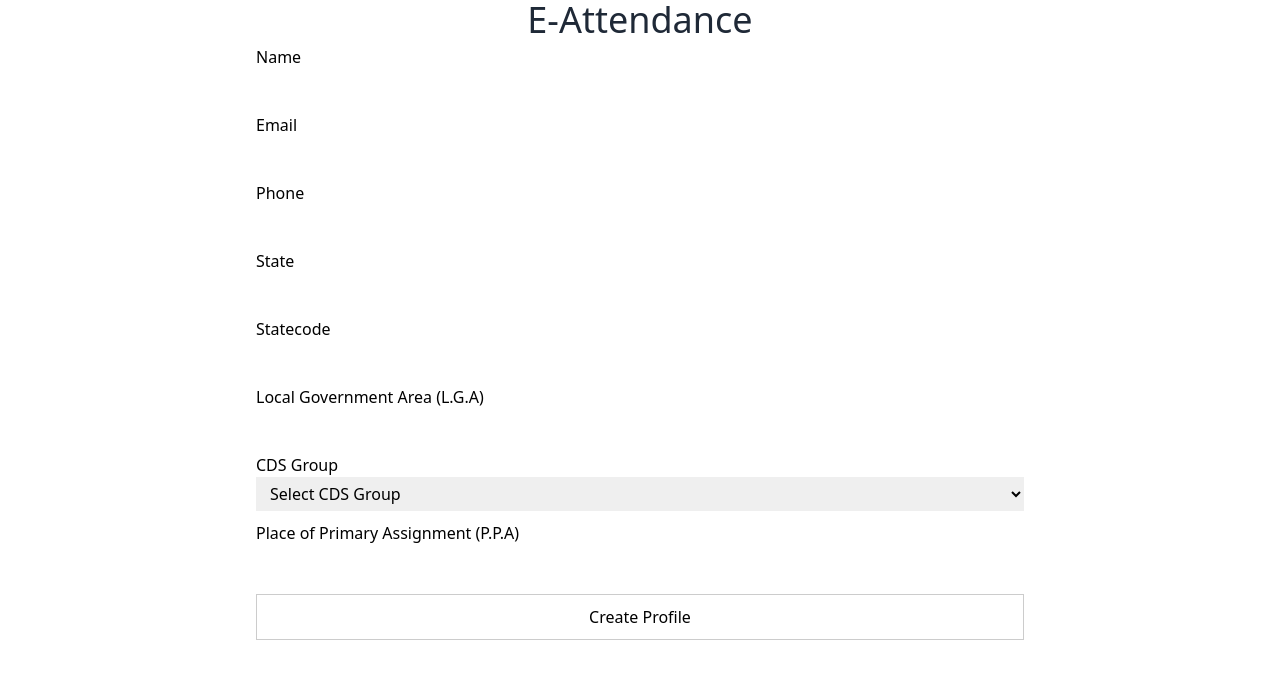
Repository: latenightsnacc/attendance-sheet
Page: / (app in docs/client/)
An editor plug-in stored every save of this project. The page is shown before and after the next save, followed by the edit.
The browser window is 1280 px wide. The pictures show the whole page.
The project was rebuilt for these pictures with package versions that can differ from the ones it lists, and the page was loaded fresh each time. Also part of the build but not shown: docs/client/src/List.js.

Above is the page before, as saved 2022-01-21 11:29:40.

### docs/client/src/index.js
import React from 'react';
import ReactDOM from 'react-dom';
import './index.css';
import App from './App';
import reportWebVitals from './reportWebVitals';
import { BrowserRouter as Router, Route, Routes} from 'react-router-dom';

import List from './List';


ReactDOM.render(
  <React.StrictMode>
    <Router>

      <Routes>
        <Route path="/" element={<App />} />
        <Route path="/list" element={<List />} />
      </Routes>
    </Router>
  </React.StrictMode>,
  document.getElementById('root')
);

// If you want to start measuring performance in your app, pass a function
// to log results (for example: reportWebVitals(console.log))
// or send to an analytics endpoint. Learn more: https://bit.ly/CRA-vitals
reportWebVitals();

### docs/client/src/App.js
import './App.css';
import {useState} from 'react';
import Axios from 'axios';

function App() {
  const [corper, setState] = useState({
    name: '',
    email: '',
    phone: '',
    state: '',
    statecode: '',
    cds: '',
    lga: '',
    ppa: ''
  });

  const getDetails = e => {
    setState({
      ...corper,
      [e.target.name]: e.target.value
    });
  }
  // const viewDetails = e => {
  //   e.preventDefault();
  //   console.log(corper)
  // }
  const createProfile = () => {
    try {
      Axios.post("http://localhost:3030/create", {
        name: corper.name,
        email: corper.email,
        phone: corper.phone,
        state: corper.state,
        statecode: corper.statecode,
        cds: corper.cds,
        lga: corper.lga,
        ppa: corper.ppa
      }).then(() => {
        console.log("Corper's E-Attendance Profile Created.")
      })
    } catch (e) {
      console.log(e);
    }

  }


  return (
    <div className="App">
      <h1 className='text-4xl text-gray-800'>E-Attendance</h1>
      <form onSubmit={createProfile} className="form">
          <div className="form-group">
            <label for="name">Name</label>
            <input
              type='text'
              name='name'
              id="name"
              value={corper.name}
              onChange={getDetails}
            />
          </div>
          <div className="form-group">
            <label for="email">Email</label>
            <input
              type='email'
              name='email'
              id="email"
              value={corper.email}
              onChange={getDetails}
            />
          </div>
          <div className="form-group">
            <label for="phone">Phone</label>
            <input
              type='tel'
              name='phone'
              id="phone"
              value={corper.phone}
              onChange={getDetails}
            />
          </div>
          <div className="form-group">
            <label for="state">State</label>
            <input
              type='text'
              name='state'
              id="state"
              value={corper.state}
              onChange={getDetails}
            />
          </div>
          <div className="form-group">
            <label for="statecode">Statecode</label>
            <input
              type='text'
              name='statecode'
              id="statecode"
              value={corper.statecode}
              onChange={getDetails}
            />
          </div>
          <div className="form-group">
            <label for="lga">Local Government Area (L.G.A)</label>
            <input
              type='text'
              name='lga'
              id="lga"
              value={corper.lga}
              onChange={getDetails}
            />
          </div>
          <div className="form-group">
            <label for="cds">CDS Group</label>
            <select
              type='text'
              name='cds'
              id="cds"
              value={corper.cds}
              onChange={getDetails}>
                <option selected>Select CDS Group</option>
                <option value="ICT">ICT</option>
                <option value="Band">Band</option>
                <option value="Red Cross">Red Cross</option>
                <option value="ICT">ICT</option>
            </select>
          </div>
          <div className="form-group">
            <label for="ppa">Place of Primary Assignment (P.P.A)</label>
            <input
              type='text'
              name='ppa'
              id="ppa"
              value={corper.ppa}
              onChange={getDetails}
            />
          </div>
          <button className='btn' type="submit" >Create Profile</button>


      </form>

    </div>
  );
}

export default App;

### docs/client/src/App.css
.App {
  display: flex;
  flex-direction: column;
  align-items: center;
}
.form {
  display: flex;
  flex-direction: column;
  width: 60%;
}
.form-group {
  display: flex;
  flex-direction: column;
  margin: 5px 0px;

}
.form input, select {
  outline: none;
  padding: 5px 10px;
}
.btn {
  outline: none;
  padding: 10px;
  margin: 10px 0px;
  border: 1px solid #ccc;
}

.btn:hover {
  cursor: pointer;
}

@media  screen and (max-width:600px) {
  .form {
    width: 95%;
  }
}

### docs/client/src/List.css
.list {
    width: 90%;
    margin: auto;
}
h1 {
    text-align: center;
}
.profile {
    display: flex;
    width: 100%;
}
.detail {
    margin-right: 2%;
}

Loaded but not shown: docs/client/public/index.html (common file); docs/client/src/index.css (common file); docs/client/src/reportWebVitals.js (common file); docs/client/tailwind.config.js (common file)

After the next save:
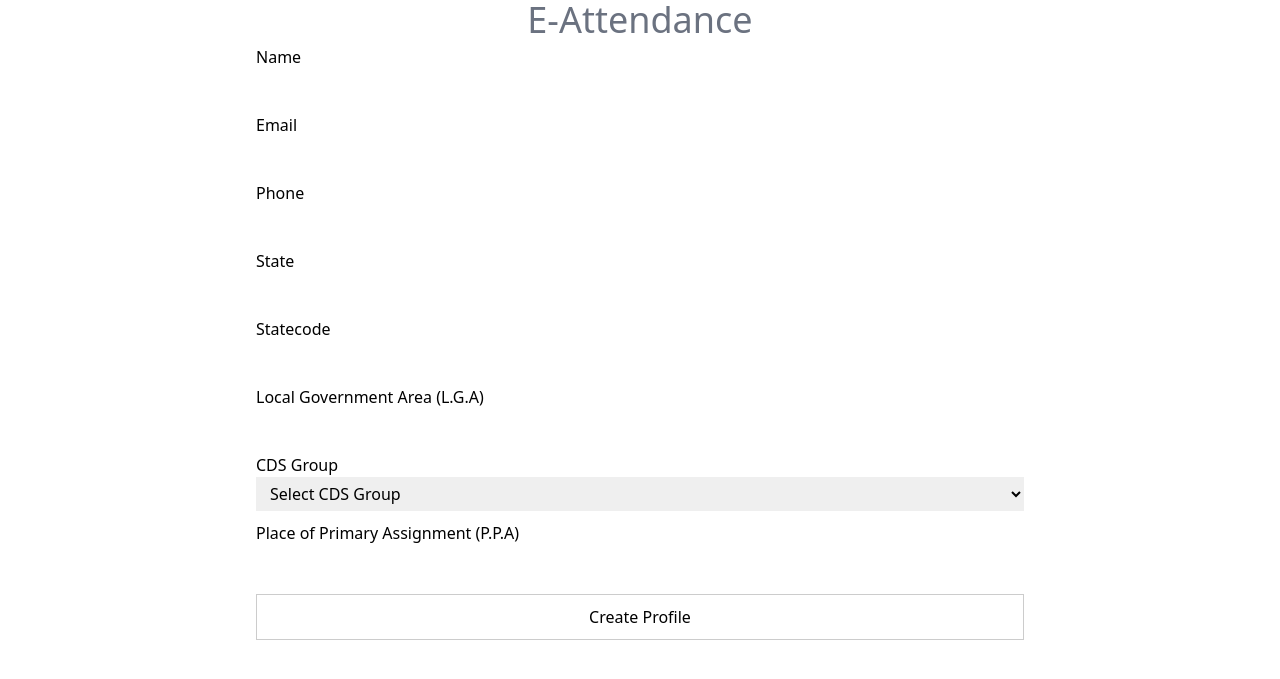
Saved 6 s later.
--- a/docs/client/src/App.js
+++ b/docs/client/src/App.js
@@ -47,7 +47,7 @@ function App() {
 
   return (
     <div className="App">
-      <h1 className='text-4xl text-gray-800'>E-Attendance</h1>
+      <h1 className='text-4xl text-gray-500'>E-Attendance</h1>
       <form onSubmit={createProfile} className="form">
           <div className="form-group">
             <label for="name">Name</label>
